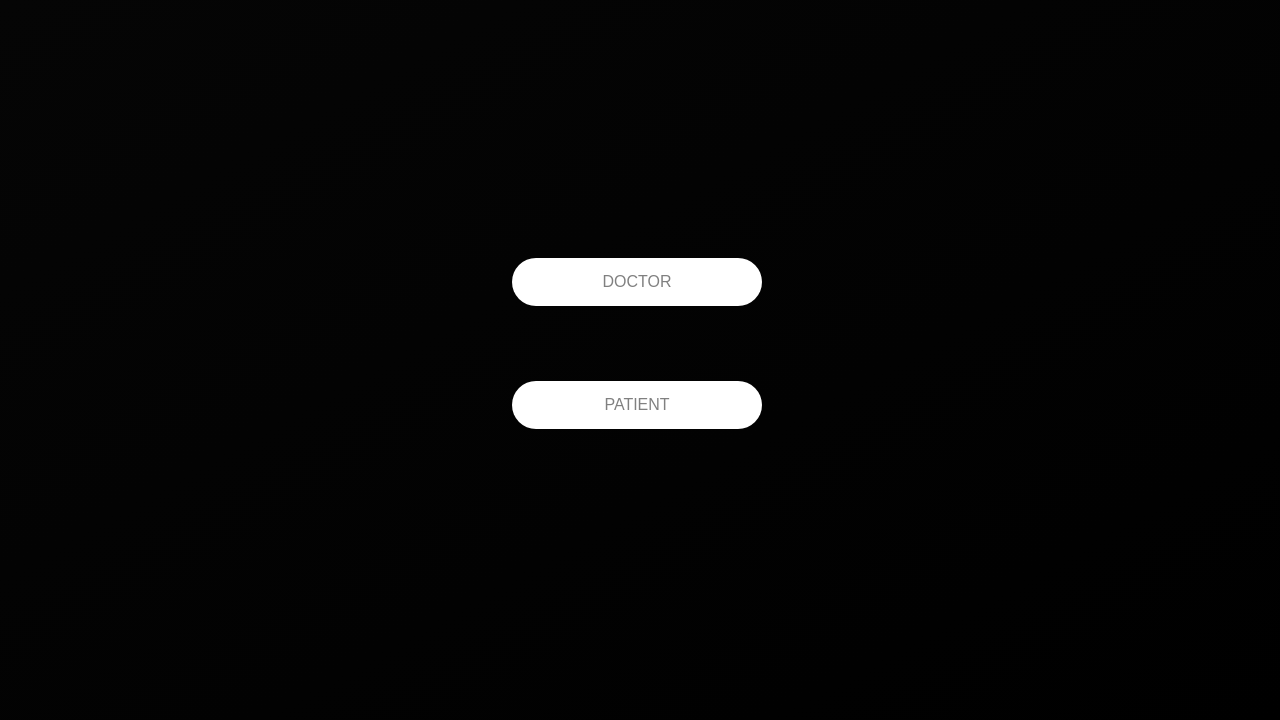
Repository: ajayaj2001/healthcare-digitization
Page: /
The author's editor kept a copy of each file at every save. The page is drawn from the files as they stood at one save, then again after the next save.
The browser window is 1280 px wide. The pictures show the whole page.
The project was rebuilt for these pictures with package versions that can differ from the ones it lists, and the page was loaded fresh each time.

Above is the page before, as saved 2021-03-12 20:21:43.

### public/index.html
<!DOCTYPE html>
<html lang="en">

<head>
  <meta charset="utf-8" />
  <meta name="viewport" content="width=device-width, initial-scale=1" />
  <meta name="theme-color" content="#000000" />
  <meta name="description" content="Web site created using create-react-app" />
  <link rel="stylesheet" href="https://fonts.googleapis.com/css?family=Roboto:300,400,500,700&display=swap" />
  <link rel="stylesheet" href="https://fonts.googleapis.com/icon?family=Material+Icons" />

  <!--
      manifest.json provides metadata used when your web app is installed on a
      user's mobile device or desktop. See https://developers.google.com/web/fundamentals/web-app-manifest/
    -->
  <!-- <link rel="manifest" href="%PUBLIC_URL%/manifest.json" /> -->
  <!--
      Notice the use of %PUBLIC_URL% in the tags above.
      It will be replaced with the URL of the `public` folder during the build.
      Only files inside the `public` folder can be referenced from the HTML.

      Unlike "/favicon.ico" or "favicon.ico", "%PUBLIC_URL%/favicon.ico" will
      work correctly both with client-side routing and a non-root public URL.
      Learn how to configure a non-root public URL by running `npm run build`.
    -->
  <title>medical</title>
</head>

<body>
  <noscript>You need to enable JavaScript to run this app.</noscript>
  <div id="root"></div>
  <!--
      This HTML file is a template.
      If you open it directly in the browser, you will see an empty page.

      You can add webfonts, meta tags, or analytics to this file.
      The build step will place the bundled scripts into the <body> tag.

      To begin the development, run `npm start` or `yarn start`.
      To create a production bundle, use `npm run build` or `yarn build`.
    -->
</body>

</html>

### src/index.js
import React from 'react';
import ReactDOM from 'react-dom';
import './index.scss';
import App from './component/app/App';

ReactDOM.render(
  <React.StrictMode>
    <App />
  </React.StrictMode>,
  document.getElementById('root')
);

### src/index.scss
code {
  font-family: source-code-pro, Menlo, Monaco, Consolas, "Courier New", monospace;
}
@mixin respond($breakpoint) {
  @if $breakpoint == phone {
    @media (max-width: 37.5em) {
      @content;
    }
  }

  @if $breakpoint == tab-land {
    @media (max-width: 75em) {
      @content;
    }
  }
  @if $breakpoint == tab-port {
    @media (max-width: 56.25em) {
      @content;
    }
  }
  @if $breakpoint == big-desktop {
    @media (min-width: 112.5em) {
      @content;
    }
  }
}

*,
*::after,
*::before {
  margin: 0;
  padding: 0;
  box-sizing: inherit;
}
body {
  font-family: "Lato", sans-serif;
  font-weight: 400;
  font-size: 16px;
  line-height: 1.7;
  color: #777;
  //padding: 30px;
  box-sizing: border-box;
  @include respond(tab-port) {
    padding: 0;
  }
}

html {
  font-size: 62.5%; //1rem=10px 10px/16px=62.5%
  @include respond(tab-land) {
    //width <1200
    font-size: 56.25%; //1rem=9px
  }
  @include respond(tab-port) {
    //<width <900
    font-size: 50%; //1rem=8px
  }
  // @include respond(phone) {
  //     //<width<600
  //     font-size: 40%; //1rem=4.8px
  // }
  @include respond(big-desktop) {
    //>1200
    font-size: 75%; //1rem=12
  }
}

### src/component/app/App.js
import './App.scss';

import UserType from "../userType/UserType";

function App() {
  return (
    <div className="App">
      <UserType />
    </div>
  );
}

export default App;

### src/component/userType/UserType.js
import React from 'react'
import './UserType.scss'

const UserType = () => {
    return (
        <div className="userType">
<div className="userType-buttons">
            <button className="btn btn--white btn--animation" >Doctor</button>
            <button className="btn btn--white btn--animation" >Patient</button>
            </div>
        </div>
    )
}

export default UserType

### src/component/userType/UserType.scss
.userType {
    height: 100vh;
    background-image: linear-gradient(to right bottom, #050505, #000000);
    background-size: cover;
    background-position: top;
    position: relative;
}

.btn {

    &,
    &:link,
    &:visited {
        text-decoration: none;
        padding: 1.5rem 3rem;
        text-transform: uppercase;
        display: inline-block;
        border-radius: 10rem;
        transition: all 0.2s;
        position: relative;
        font-size: 1.6rem;
        width: 25rem;
        margin-bottom: 30%;
        //for button element

        border: none;
        cursor: pointer;
    }
    &:hover {
        transform: translateY(-0.3rem);
        box-shadow: 0 1rem 2rem rgba(0, 0, 0, 0.3);
        &::after {
            transform: scalex(1.4) scaleY(1.6);
            opacity: 0;
        }
    }
    &:active,
    &:focus {
        outline: none;
        transform: translateY(-0.1rem);
        box-shadow: 0 0.5rem 1rem rgba(0, 0, 0, 0.2);
    }
    &--white {
        background-color: #fff;
        color: grey;
        &::after {
            background-color: #fff;
        }
    }
    &::after {
        content: "";
        display: inline-block;
        border-radius: 10rem;
        transition: all 0.4s;
        height: 100%;
        width: 100%;
        top: 0;
        left: 0;
        position: absolute;
        z-index: -1;
    }
    &--animation {
        animation: moveInBottom 0.5s ease-out 0.75 backwards;
    }
}

.userType-buttons{
    position: absolute;
    left: 40%;
    bottom: 30%;
    display: flex;
    flex-direction: column;
    // align-items: center;
}

Loaded but not shown: src/component/app/App.scss (no stored copy; drawn as an empty file)

After the next save:
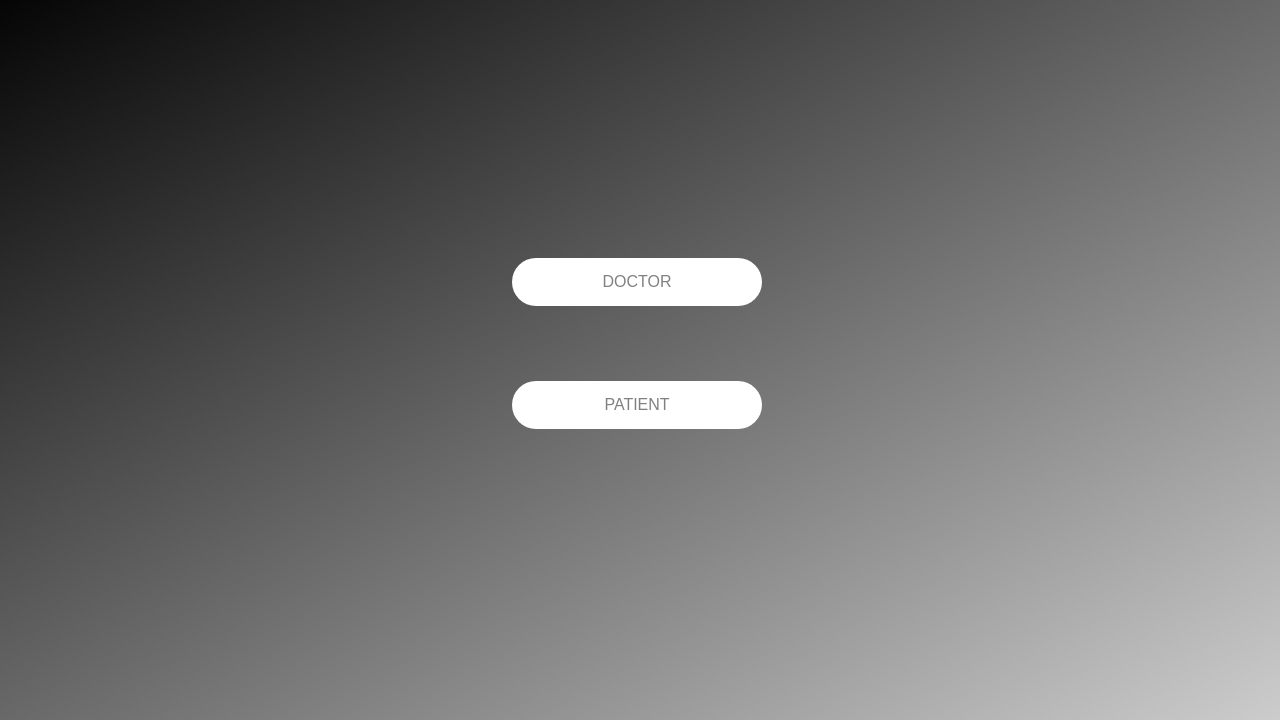
Saved 7 s later.
--- a/src/component/userType/UserType.scss
+++ b/src/component/userType/UserType.scss
@@ -1,6 +1,6 @@
 .userType {
     height: 100vh;
-    background-image: linear-gradient(to right bottom, #050505, #000000);
+    background-image: linear-gradient(to right bottom, #050505, #cccccc);
     background-size: cover;
     background-position: top;
     position: relative;
